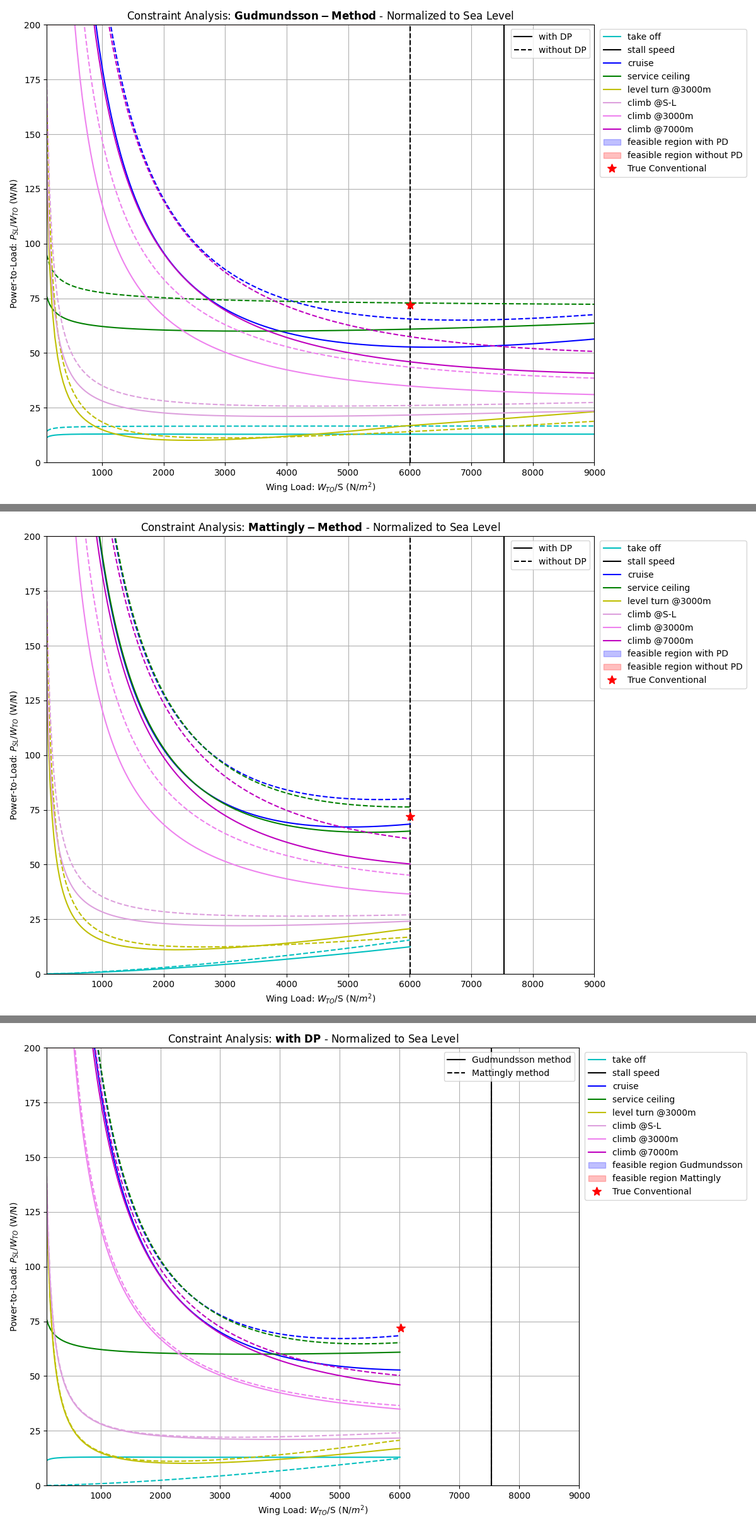
Repository: 12libao/DEA
Script's output: python Sizing_Method/ConstrainsAnalysis/ConstrainsAnalysisPD.py
An editor plug-in stored every save of this project. The script's output is shown before and after a run of saves, followed by the edit.
The pictures are shown at 63% of full size.
Each picture stacks the figures in order, with grey between them; figures that are only written to a file come last. Random numbers start from a fixed seed.

Above is the script's output before, as saved 2021-07-14 16:07:21.

After the next 2 saves:
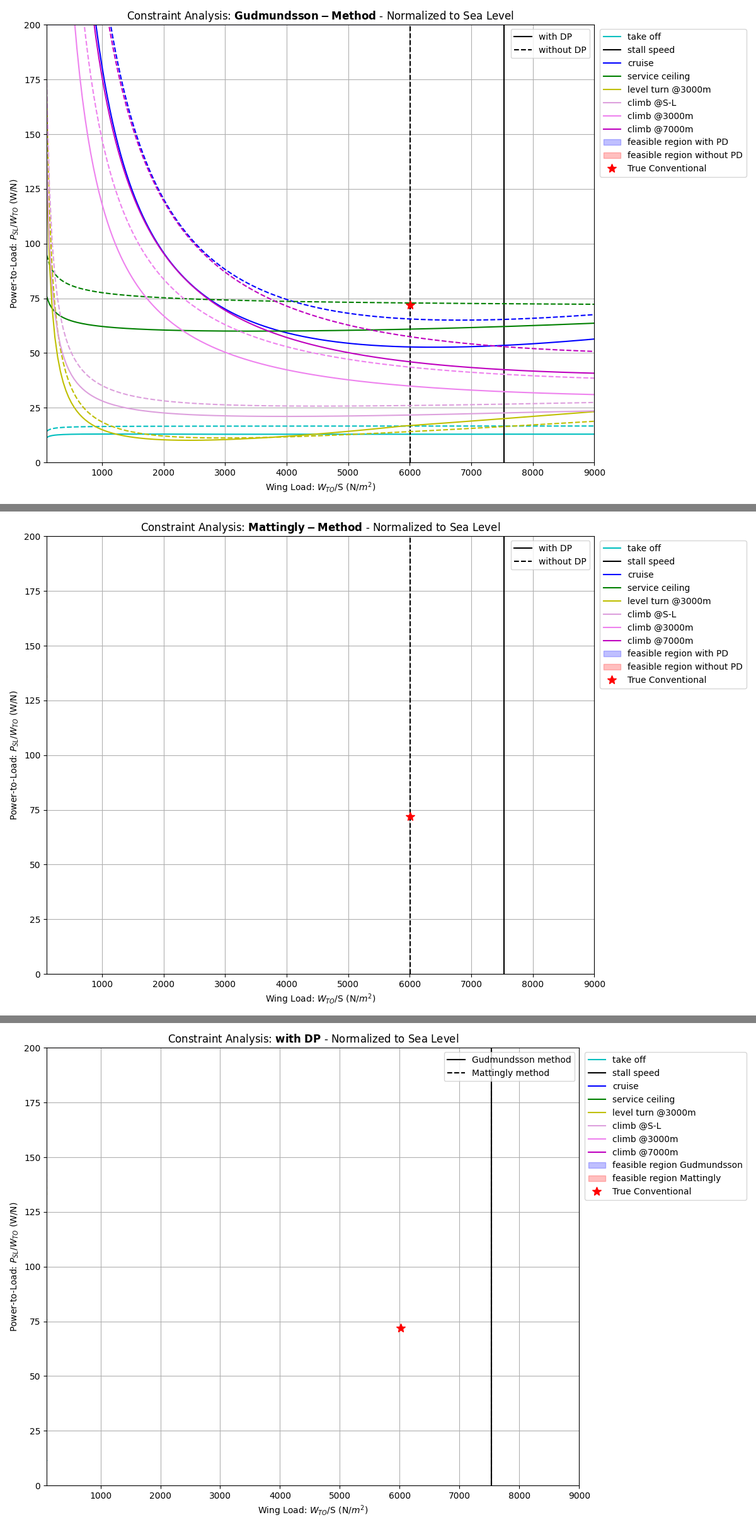
The 2 saves are shown as one change because they came seconds apart.
The last was saved 6 s later.
--- a/Sizing_Method/ConstrainsAnalysis/ConstrainsAnalysisPD.py
+++ b/Sizing_Method/ConstrainsAnalysis/ConstrainsAnalysisPD.py
@@ -294,7 +294,7 @@ if __name__ == "__main__":
                 plt.plot(w_s, p_w[i, :], color=color[i], label=constrains_name[i])
                 plt.plot(w_s, p_w[i + m, :], color=color[i], linestyle='--')
 
-        p_w[[0, 1]], p_w[[0, m]] = p_w[[1, 0]]
+        p_w[[0, 1]], p_w[[m, m+1]] = p_w[[1, 0]]
         w_s = np.linspace(100, p_w[0, 1], n)
         plt.fill_between(w_s, np.amax(p_w[1:m, :], axis=0), 200, color='b', alpha=0.25,
                          label=label[k])
